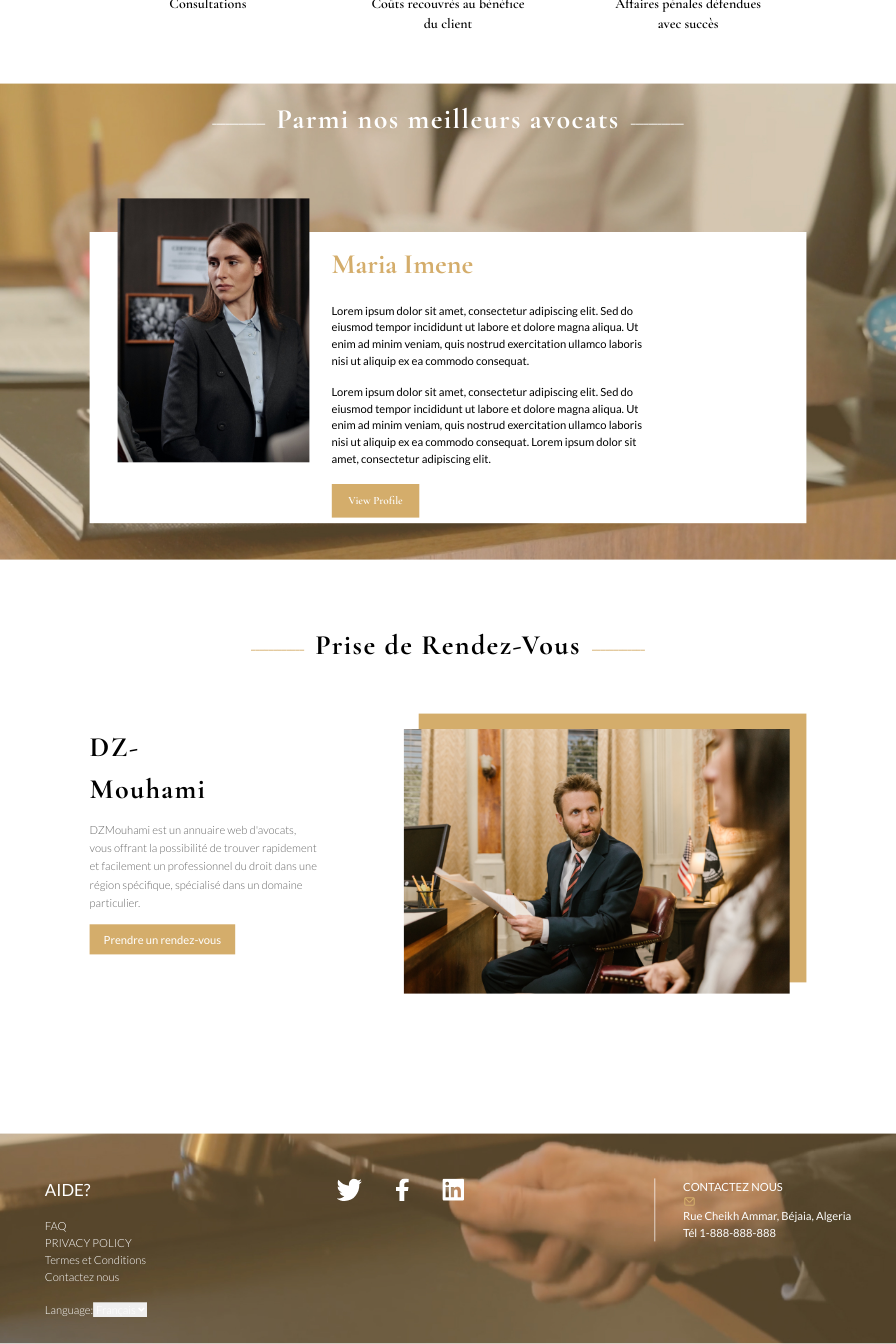
Repository: Chekrouba-Tinhinane/Mohami_dz
Page: / (app in client/)
The author's editor kept a copy of each file at every save. The page is drawn from the files as they stood at one save, then again after the next save.
The browser window is 1280 px wide. The pictures show the part of the page from y = 2348 to 4268 px (the page is 4268 px tall), at 70% of full size.
The project was rebuilt for these pictures with package versions that can differ from the ones it lists, and the page was loaded fresh each time. Also part of the build but not shown: client/vite.config.js, client/src/SignIn.jsx, client/src/components/Selector.jsx, client/src/components/SearchContainer.jsx, client/src/Search.jsx, client/src/components/super/HomeLayout.jsx, client/src/components/Profile.jsx.

Above is the page before, as saved 2024-01-25 18:20:58.

### client/index.html
<!doctype html>
<html lang="en">
  <head>
    <meta charset="UTF-8" />
    <link rel="icon" type="image/svg+xml" href="/vite.svg" />
    <meta name="viewport" content="width=device-width, initial-scale=1.0" />
    <title>Mouhami DZ</title>
  </head>
  <body>
    <div id="root"></div>
    <script type="module" src="/src/App.jsx"></script>
  </body>
</html>

### client/src/App.jsx
import React from "react";
import { createRoot } from "react-dom/client";
import { BrowserRouter, Routes, Route } from "react-router-dom";
import "./index.css";
import LandingPage from "./LandingPage";
import SignIn from "./SignIn";
import Search from "./Search";
import HomeLayout from "./components/super/HomeLayout";
import Profile from "./components/Profile";

const App = () => {
  return (
    <BrowserRouter>
      <Routes>
        <Route path={"/"} element={<LandingPage />} />

        <Route path={"/Signin"} element={<SignIn />} />
        <Route
          path={"/Search"}
          element={<HomeLayout pageComponent={<Search />} />}
        />
        {/* <Route path={"/Signin"} element={<SignIn />} />
        <Route
          path={"/Schedule"}
          element={<HomeLayout pageComponent={<Schedule />} />}
        />

        <Route
          path={"/Settings"}
          element={<HomeLayout pageComponent={<Staff />} />}
        />
        <Route
          path={"/profile/:id"}
          element={<HomeLayout pageComponent={<Profile />} />}
        /> */}
        <Route
          path={"/profile"}
          element={<HomeLayout pageComponent={<Profile />} />}
        />
      </Routes>
    </BrowserRouter>
  );
};

export default App;

const root = createRoot(document.getElementById("root"));
root.render(<App />);

### client/src/index.css
@import url("https://fonts.googleapis.com/css2?family=Cormorant+Garamond:wght@300;400;500;600;700&family=Lato:wght@100;300;400;700;900&display=swap");

@tailwind base;
@tailwind components;
@tailwind utilities;

@layer base {
  a {
    @apply cursor-pointer;
  }
  h1 {
    @apply text-[50px] font-bold;
  }
  h2 {
    @apply text-[2.5rem] font-bold;
  }
  p {
  }
  h3 {
  }
  h4 {
    @apply text-[1rem] font-semibold;
  }
  textarea {
  }
  input {
  }
  select {
  }
}

* {
  /*font-family: 'Cormorant Garamond', serif; */
  font-family: "Lato", sans-serif;
  box-sizing: border-box;
  padding: 0;
  margin: 0;
}

.recursive {
  font-family: "Cormorant Garamond", serif;
}

.nav-item::after {
  content: "";
  display: block;
  width: 0;
  height: 2px;
  margin-top: 5px;
  background-color: rgb(212, 173, 107);
  transition: width 0.4s;
}

.nav-item:hover::after {
  width: 100%;
}

### client/src/LandingPage.jsx
import React, { useEffect, useState } from "react";

import header from "./assets/landing/header.jpg";
import hero from "./assets/landing/hero.png";
import section1 from "./assets/landing/section1.jpg";
import section2 from "./assets/landing/section2.jpg";
import footer from "./assets/landing/footer.jpg";
import maria from "./assets/landing/maria.jpg";
import scene from "./assets/landing/scene.png";

import msg from "./assets/icons/contact/msg.svg";

import twitter from "./assets/icons/footer/twitter.svg";
import fb from "./assets/icons/footer/fb.svg";
import linkedin from "./assets/icons/footer/linkedin.svg";

import NavBar from "./components/super/NavBar";

import AOS from "aos";
import "aos/dist/aos.css";

AOS.init();

const LandingPage = () => {
  useEffect(() => {
    AOS.refresh();
  }, []);

  return (
    <div className="overflow-hidden flex flex-col relative mx-auto items-center bg-white z-10">
      <header className=" p-3 recursive border-b border-b-primary w-[90%] text-center font-semibold text-xl">
        {" "}
        DZ Mouhami{" "}
      </header>
      <NavBar />
      <Header />
      <About />
      <Feedback />

      <Achievements />
      <Hero />
      <Appoint />
      <Footer />
    </div>
  );
};

export default LandingPage;

function Header() {
  return (
    <section
      id="header"
      className=" relative flex w-screen justify-center my-3"
    >
      <img src={header} className="w-full h-[600px] object-cover" alt="" />
      <h2 className=" recursive absolute bottom-[7%] left-[10%] text-white w-[60%]">
        "Legal Solutions, Trusted Advocacy: Your Path to Justice Begins with
        Us."
      </h2>
    </section>
  );
}

function About() {
  return (
    <section
      id="about"
      data-aos="fade-right"
      data-aos-duration="1000"
      className="mx-3 my-10 flex gap-[6rem] justify-center items-center"
    >
      {/* fifth section */}
      <div className=" flex flex-col w-[40%] ">
        <h2 className=" recursive w-[40%] place-self-end">
          A propos de DZ Mouhami
        </h2>
        <img src={hero} className="" alt="" />
      </div>

      <div className=" basis-[40%] mb-16 ">
        {" "}
        {/*  */}
        <h2 className=" recursive tracking-wider w-[50%] my-4">DZ-Mouhami</h2>
        <p className=" w-[80%] opacity-60 font-light leading-relaxed mb-7">
          DZMouhami est un annuaire web d'avocats, vous offrant la possibilité
          de trouver rapidement et facilement un professionnel du droit dans une
          région spécifique, spécialisé dans un domaine particulier.
        </p>
        <a
          href=""
          className=" py-2 px-5 text-white bg-primary hover:bg-opacity-65"
        >
          Trouver un avocat
        </a>
      </div>
    </section>
  );
}

function Feedback() {
  const userComments = [
    {
      username: "User123",
      comment:
        "Effortlessly found the right lawyer for my needs – the detailed profiles and client reviews streamlined the decision-making process.",
    },
    {
      username: "LegalEagle",
      comment:
        "Incredibly user-friendly directory; comprehensive lawyer profiles and responsive design made my search for legal representation hassle-free.",
    },
    {
      username: "LawSeeker",
      comment:
        "Highly impressed with the intuitive interface and wealth of information – this directory simplified the task of finding a skilled attorney.",
    },
  ];

  // You can now use the userComments array as needed in your code.

  return (
    <section
      id="feedback"
      className=" relative flex w-screen justify-center my-4"
    >
      <img
        src={section1}
        className="w-full h-[640px] bg-center object-cover"
        alt=""
      />
      <div className="absolute top-0 text-white">
        <div className=" flex flex-col items-center">
          <div className="flex items-center my-5 gap-4">
            <span className=" font-semibold select-none">____________</span>
            <h2 className=" recursive  tracking-wider ">
              Nos Témoignages
            </h2>{" "}
            <span className=" font-semibold select-none">____________</span>
          </div>

          <h2 className=" mt-16 mb-8 recursive w-[85%] text-center">
            CE QUE NOS CLIENTS PENSENT DE NOUS
          </h2>
          <div className=" flex gap-10 w-[75%] ">
            {userComments.map((el, i) => {
              return (
                <div className=" flex flex-col justify-between bg-white p-6 rounded-md text-black text-sm h-56 ">
                  {el.comment}
                  <div className=" flex gap-5 items-center">
                    {" "}
                    <div class="w-14 h-14 bg-gray-500 rounded-full"></div>
                    {el.username}
                  </div>
                </div>
              );
            })}
          </div>
        </div>
      </div>
    </section>
  );
}

function Achievements() {
  return (
    <div className=" flex flex-col w-[80%] items-center mx-auto my-10 gap-8 ">
      <div className="flex items-center my-5 gap-4">
        <span className=" font-semibold select-none text-primary">
          ____________
        </span>
        <h2 className=" recursive tracking-wider">Nos Réalisations</h2>{" "}
        <span className=" font-semibold select-none text-primary">
          ____________
        </span>
      </div>

      <div className="flex w-full justify-between  ">
        <div className="flex flex-col items-center basis-[33%] gap-4">
          {" "}
          <h4 className=" recursive text-primary text-3xl font-bold">
            879+
          </h4>{" "}
          <span className=" w-[70%] text-center recursive font-semibold text-xl">
            Consultations
          </span>
        </div>
        <div className="flex flex-col items-center basis-[33%] gap-4">
          {" "}
          <h4 className=" recursive text-primary text-3xl font-bold">
            12 Mil
          </h4>{" "}
          <span className=" w-[70%] text-center recursive font-semibold text-xl">
            Coûts recouvrés au bénéfice du client
          </span>
        </div>
        <div className="flex flex-col items-center basis-[33%] gap-4">
          {" "}
          <h4 className=" recursive text-primary text-3xl font-bold">
            92%
          </h4>{" "}
          <span className=" w-[70%] text-center recursive font-semibold text-xl">
            Affaires pénales défendues avec succès
          </span>
        </div>
      </div>
    </div>
  );
}

function Hero() {
  return (
    <section id="hero" className=" relative flex w-screen justify-center my-8 ">
      <img
        src={section2}
        className="w-full h-[680px] bg-center object-cover"
        alt=""
      />
      <div className="absolute top-0 text-white">
        <div className=" flex flex-col items-center gap-[6rem]">
          <div className="flex items-center my-5 gap-4">
            <span className=" font-semibold select-none">____________</span>
            <h2 className=" recursive  tracking-wider ">
              Parmi nos meilleurs avocats
            </h2>{" "}
            <span className=" font-semibold select-none">____________</span>
          </div>

          <div className=" flex gap-8 w-[80%] bg-white text-black h-[26rem] px-10 my-4 ">
            <div className="relative basis-[30%]">
              {" "}
              <img
                src={maria}
                alt=""
                className=" absolute -top-12  object-contain"
              />
            </div>
            <div className=" flex flex-col basis-[70%] my-4 gap-6  ">
              {" "}
              <h2 className=" recursive text-primary">Maria Imene</h2>{" "}
              <p className=" w-[70%] flex flex-col gap-5 ">
                <span>
                  Lorem ipsum dolor sit amet, consectetur adipiscing elit. Sed
                  do eiusmod tempor incididunt ut labore et dolore magna aliqua.
                  Ut enim ad minim veniam, quis nostrud exercitation ullamco
                  laboris nisi ut aliquip ex ea commodo consequat.{" "}
                </span>

                <span>
                  Lorem ipsum dolor sit amet, consectetur adipiscing elit. Sed
                  do eiusmod tempor incididunt ut labore et dolore magna aliqua.
                  Ut enim ad minim veniam, quis nostrud exercitation ullamco
                  laboris nisi ut aliquip ex ea commodo consequat. Lorem ipsum
                  dolor sit amet, consectetur adipiscing elit.
                </span>
              </p>
              <a
                href=""
                className="flex w-max recursive text-white bg-primary px-6 py-3 font-semibold hover:bg-opacity-75"
              >
                View Profile
              </a>
            </div>
          </div>
        </div>
      </div>
    </section>
  );
}

function Footer() {
  const [language, setLanguage] = useState("fr");

  const handleLanguageChange = (event) => {
    setLanguage(event.target.value);
    // You can add logic here to change the language of your website
    // For example, you might reload the page or fetch translated content from a server
  };
  return (
    <footer
      id="footer"
      className="h-[300px] relative flex w-full justify-center mt-[10rem] text-white"
    >
      <img src={footer} alt="" className="w-full object-cover" />
      {/* sixth section */}
      <div className="absolute w-full flex justify-center pt-[4rem]">
        <div className="flex items-center justify-between px-16 max-w-[86rem] w-full">
          <div className="flex flex-col gap-6">
            <h3 className=" text-2xl">AIDE?</h3>
            <ul className="flex flex-col font-light">
              <li>FAQ</li>
              <li>PRIVACY POLICY</li>
              <li>Termes et Conditions</li>
              <li>Contactez nous</li>
            </ul>

            <div className="language-selector font-light">
              <label htmlFor="language-select">Language:</label>
              <select
                id="language-select"
                value={language}
                onChange={handleLanguageChange}
              >
                <option value="fr">Français</option>
                <option value="en">English</option>
              </select>
            </div>
          </div>

          <div className="flex place-self-start gap-[3rem]">
            <img src={twitter} alt="" />
            <img src={fb} alt="" />
            <img src={linkedin} alt="" />
          </div>

          <div className="border-l border-l-white pl-10 flex flex-col place-self-start">
            <p>
              CONTACTEZ NOUS
              <span>
                <img src={msg} alt="" />
              </span>
            </p>
            <p>Rue Cheikh Ammar, Béjaia, Algeria</p>
            <p>Tél 1-888-888-888</p>
          </div>
        </div>
      </div>
    </footer>
  );
}

function Appoint() {
  return (
    <section
      id="appoint"
      className=" flex flex-col w-full justify-center items-center gap-[3rem] my-10"
    >
      <div className=" flex flex-col items-center">
        <div className="flex items-center my-5 gap-4">
          <span className=" font-semibold select-none text-primary">
            ____________
          </span>
          <h2 className=" recursive  tracking-wider ">Prise de Rendez-Vous</h2>{" "}
          <span className=" font-semibold select-none text-primary">
            ____________
          </span>
        </div>
      </div>

      <div className=" flex w-[80%] items-center justify-between ">
        <div className=" basis-[40%] mb-16 ">
          {" "}
          {/*  */}
          <h2 className=" recursive tracking-wider w-[50%] my-4">DZ-Mouhami</h2>
          <p className=" w-[80%] opacity-60 font-light leading-relaxed mb-7">
            DZMouhami est un annuaire web d'avocats, vous offrant la possibilité
            de trouver rapidement et facilement un professionnel du droit dans
            une région spécifique, spécialisé dans un domaine particulier.
          </p>
          <a
            href=""
            className=" py-3 px-5 text-white bg-primary hover:bg-opacity-65"
          >
            Prendre un rendez-vous{" "}
          </a>
        </div>

        <img src={scene} className="" alt="" />
      </div>
    </section>
  );
}

### client/src/components/super/NavBar.jsx
import { motion } from "framer-motion";
import { Link } from "react-router-dom";
import { Link as ScrollLink } from "react-scroll";

const NavBar = () => {
  return (
    <div
      whileHover={{ scale: 1, originX: 0, color: "#D4AD6B" }}
      transition={{ type: "tween", duration: 0.2 }}
      className=" flex items-center px-20 pt-6 mb-3 w-full justify-between "
    >
      <motion.ul className="flex gap-[2rem] text-sm">
        <motion.li
          whileHover={{ scale: 1, originX: 0, color: "#D4AD6B" }}
          transition={{ type: "tween", duration: 0.2 }}
          className=" font-semibold opacity-80 tracking-wider cursor-pointer"
        >
          <ScrollLink
            to={"about"}
            spy={true}
            smooth={true}
            offset={-50}
            duration={500}
            className="nav-item"
          >
            Accueil
          </ScrollLink>
        </motion.li>
        <motion.li
          whileHover={{ scale: 1, originX: 0, color: "#D4AD6B" }}
          transition={{ type: "tween", duration: 0.2 }}
          className=" font-semibold opacity-80 tracking-wider cursor-pointer"
        >
          <ScrollLink
            to="hero"
            spy={true}
            smooth={true}
            offset={0}
            duration={500}
            className="nav-item"
          >
            Trouver un avocat
          </ScrollLink>
        </motion.li>
        <motion.li
          whileHover={{ scale: 1, originX: 0, color: "#D4AD6B" }}
          transition={{ type: "tween", duration: 0.2 }}
          className=" font-semibold opacity-80 tracking-wider cursor-pointer"
        >
          <ScrollLink
            to="appoint"
            spy={true}
            smooth={true}
            offset={50}
            duration={500}
            className="nav-item"
          >
            Prendre un rendez-vous
          </ScrollLink>
        </motion.li>
        <motion.li
          whileHover={{ scale: 1, originX: 0, color: "#D4AD6B" }}
          transition={{ type: "tween", duration: 0.2 }}
          className=" font-semibold opacity-80 tracking-wider cursor-pointer"
        >
          <ScrollLink
            to="footer"
            spy={true}
            smooth={true}
            offset={-100}
            duration={500}
            className="nav-item"
          >
            Contactez nous
          </ScrollLink>
        </motion.li>
      </motion.ul>
      <div className="flex gap-[1rem]">
        <Link
          to={"/SignIn"}
          href=""
          className=" recursive flex items-center font-semibold text-primary border border-primary bg-white text-center text-lg py-1.5 px-3.5 hover:bg-opacity-70 "
        >
          Se connecter
        </Link>
      </div>
    </div>
  );
};

export default NavBar;

### client/tailwind.config.js
/** @type {import('tailwindcss').Config} */
module.exports = {
  content: ["./src/**/*.{js,jsx,ts,tsx}"],
  theme: {
    extend: {
      colors: {
        lightBrown: "#FAF5EE",
        primary: "#D4AD6B"
      },
    },
  },
  plugins: [],
};

After the next save:
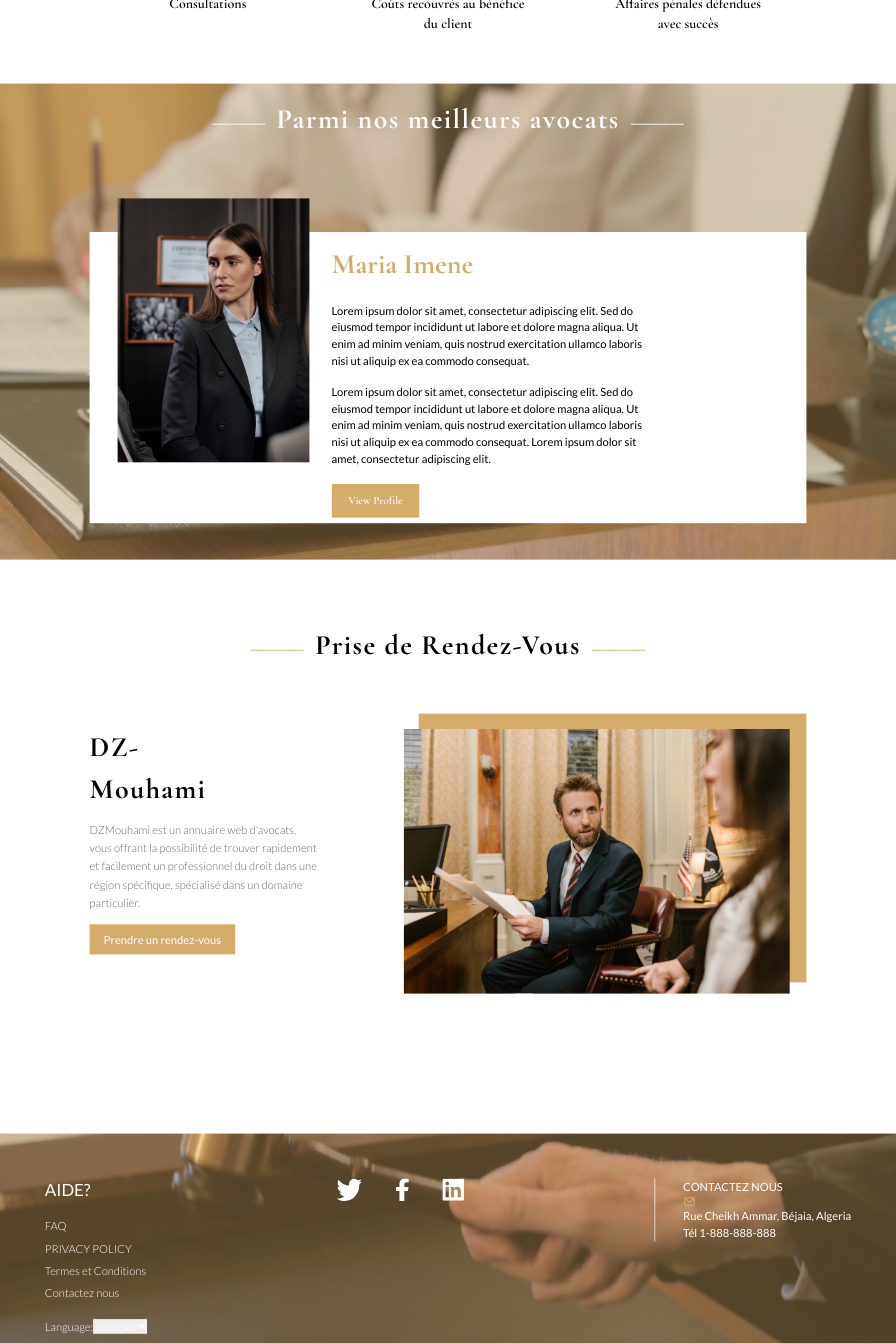
Saved 8 s later.
--- a/client/src/LandingPage.jsx
+++ b/client/src/LandingPage.jsx
@@ -287,7 +287,7 @@ function Footer() {
         <div className="flex items-center justify-between px-16 max-w-[86rem] w-full">
           <div className="flex flex-col gap-6">
             <h3 className=" text-2xl">AIDE?</h3>
-            <ul className="flex flex-col font-light">
+            <ul className="flex flex-col font-light gap-2">
               <li>FAQ</li>
               <li>PRIVACY POLICY</li>
               <li>Termes et Conditions</li>
